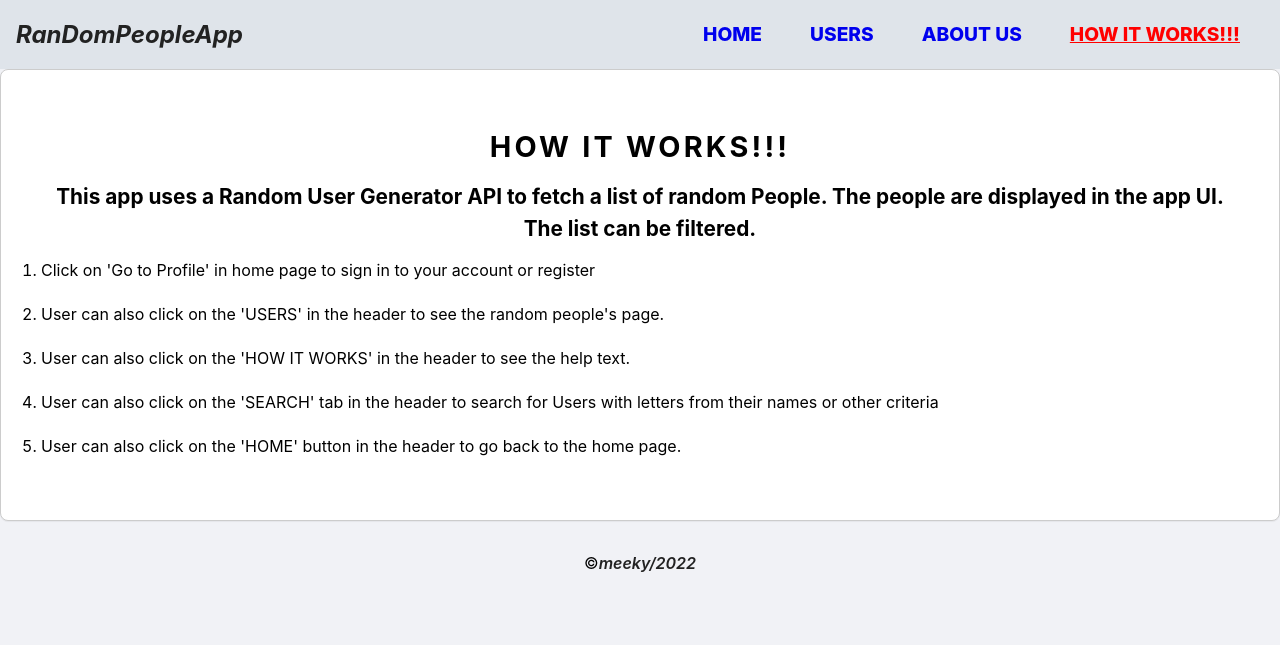
Repository: MikkyPrestige/RandomProfiles
Page: /help
The author's editor kept a copy of each file at every save. The page is drawn from the files as they stood at one save, then again after the next save.
The browser window is 1280 px wide. The pictures show the whole page.
The project was rebuilt for these pictures with package versions that can differ from the ones it lists, and the page was loaded fresh each time. Some packages were replaced by stand-ins written for this rebuild. Also part of the build but not shown: src/assets/styles/home.css, src/components/home.jsx, src/components/users.jsx, src/assets/styles/search.css, src/components/search.jsx, src/assets/styles/about.css, src/components/about.jsx, src/assets/styles/error.css and 9 more.

Above is the page before, as saved 2022-12-05 23:33:42.

After the next save:
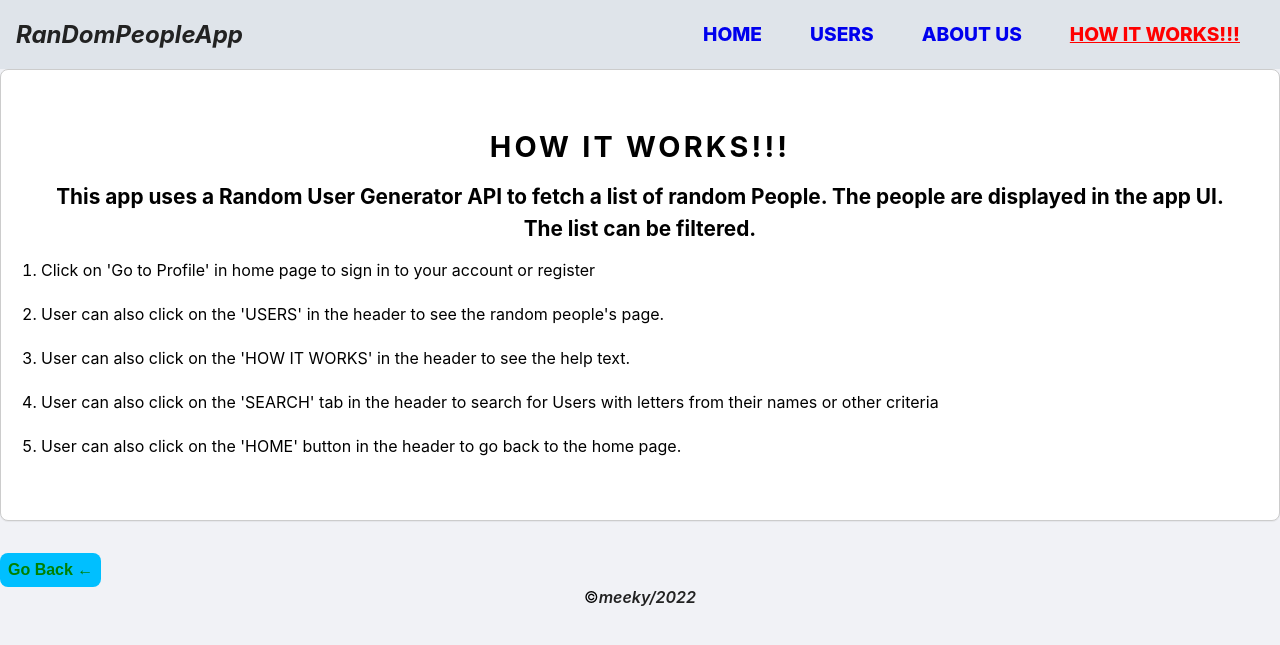
Saved 51 s later.
--- a/src/components/help.jsx
+++ b/src/components/help.jsx
@@ -1,9 +1,11 @@
 // HELP COMPONENT - This component is the Help section of the app that displays the help text to the user when they click on the 'HOW IT WORKS' button in the header.
 
 import "../assets/styles/help.css";
+import { Back } from "./layout";
 
 const Help = () => {
   return (
+    <div>
     <div className="help">
       <h1 className="help__heading">HOW IT WORKS!!!</h1>
       <ul className="help__list">
@@ -34,6 +36,8 @@ const Help = () => {
         </li>
       </ul>
     </div>
+    <Back />
+    </div>
   );
 };
 
